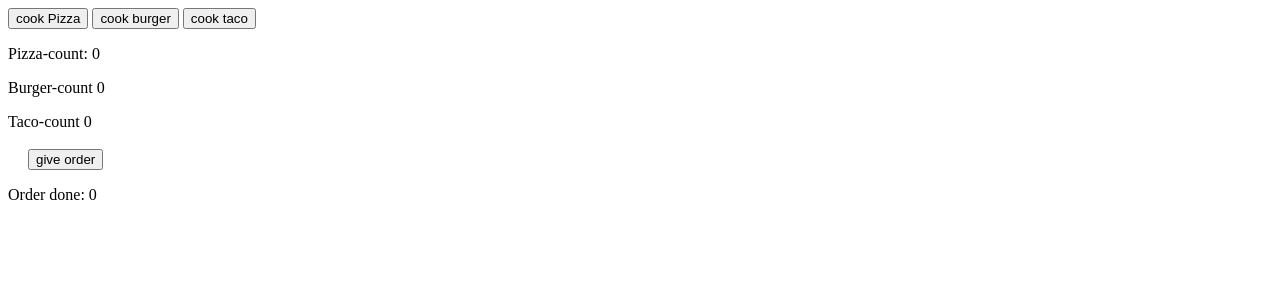
Repository: alexey100196/task-work
Page: food_class/index.html
These files come from the project's save history. The page is drawn as it stood at one moment and after the next save; the edit follows.
The browser window is 1280 px wide. The pictures show the whole page.
After loading, the first visible `input.btn_order` was clicked once.

Above is the page before, as saved 2019-06-10 10:51:10.

After the next save:
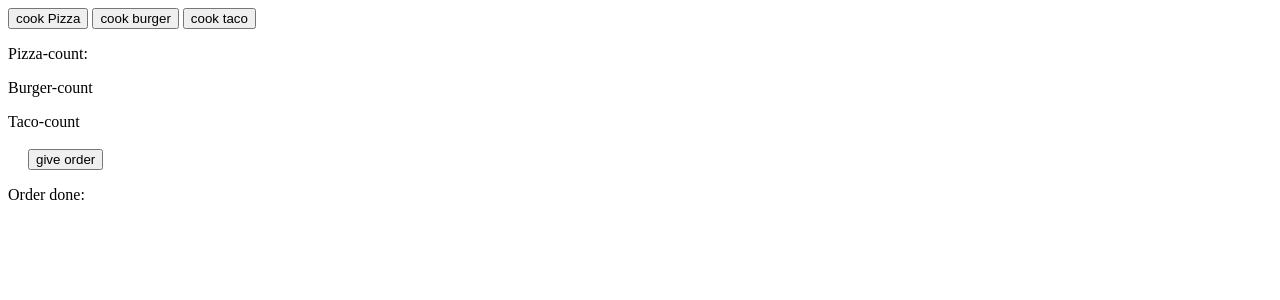
Console error: ReferenceError: sumCount is not defined
Saved 15 s later.
--- a/food_class/script.js
+++ b/food_class/script.js
@@ -33,7 +33,6 @@
       }, this.cookTime)
   }
   giveOrder() {
-    let sumCount = +document.querySelector('.cook_count-pizza').innerHTML + +document.querySelector('.cook_count-burger').innerHTML + +document.querySelector('.cook_count-taco').innerHTML;
     document.querySelector('#orderDone').innerHTML = sumCount
     setTimeout(() => {
       document.querySelector('.cook_count-pizza').innerHTML =  this.count = 0

After the save that followed:
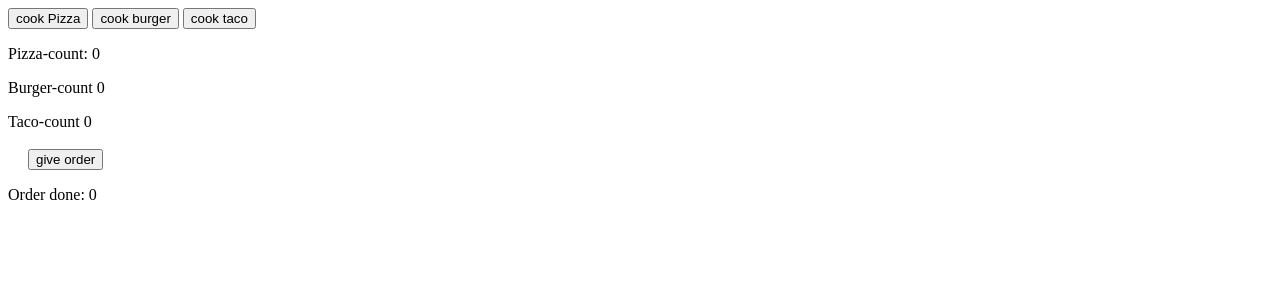
The error is gone.
Saved 5 s later.
--- a/food_class/script.js
+++ b/food_class/script.js
@@ -33,6 +33,7 @@
       }, this.cookTime)
   }
   giveOrder() {
+    let sumCount = +document.querySelector('.cook_count-pizza').innerHTML + +document.querySelector('.cook_count-burger').innerHTML + +document.querySelector('.cook_count-taco').innerHTML;
     document.querySelector('#orderDone').innerHTML = sumCount
     setTimeout(() => {
       document.querySelector('.cook_count-pizza').innerHTML =  this.count = 0
